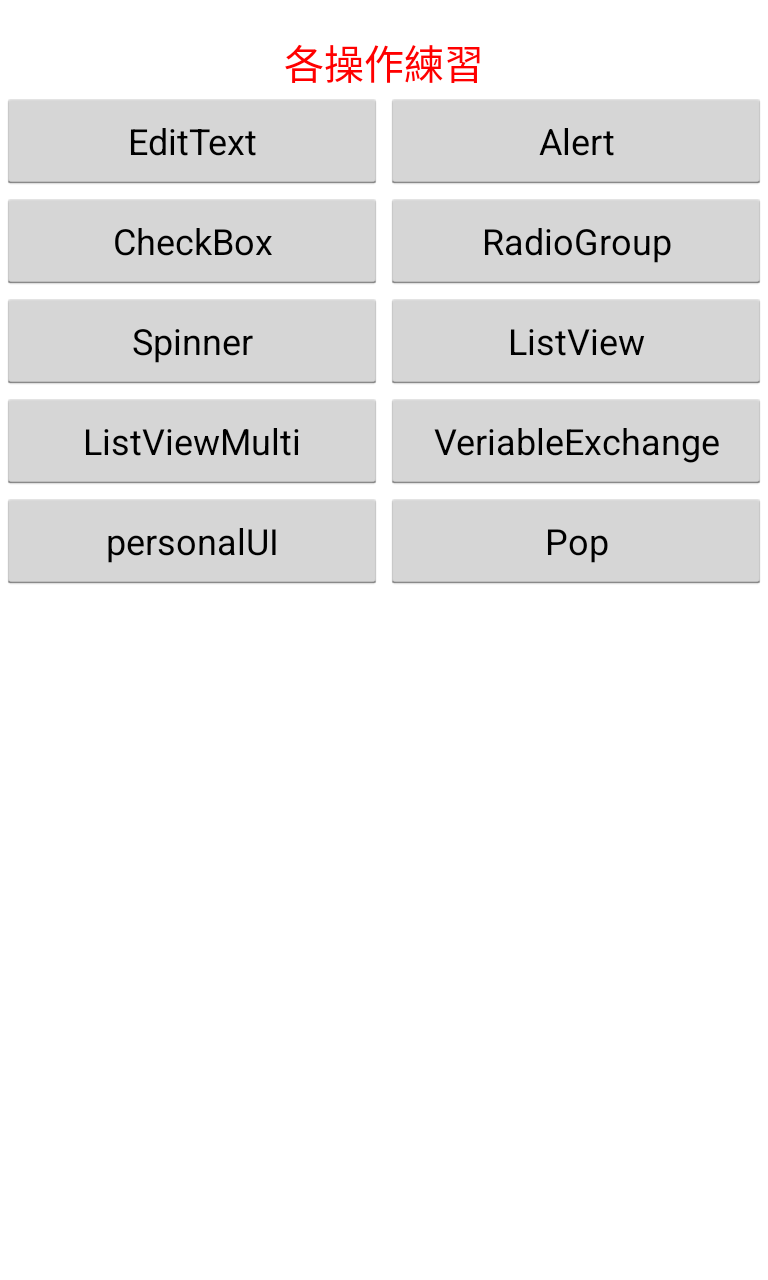
Repository: NTUSTCMAPP/cmapp
Layout: Test/Test/res/layout/activity_main.xml
The author's editor kept a copy of each file at every save. The layout is drawn from the files as they stood at one save, then again after the next save.
It is drawn on a 768 x 1280 px phone screen (xhdpi) without system bars, with theme AppTheme; the app's code is not run. The app's manifest (not shown) leaves right-to-left support off. So textAlignment, textDirection and layoutDirection are ignored, and left and right values win over start and end ones.

Above is the layout before, as saved 2015-04-23 16:06:44.

### Test/Test/res/layout/activity_main.xml
<RelativeLayout xmlns:android="http://schemas.android.com/apk/res/android"
    xmlns:tools="http://schemas.android.com/tools"
    android:layout_width="match_parent"
    android:layout_height="match_parent"
    android:layout_margin="0dp"
    android:paddingBottom="@dimen/activity_vertical_margin"
    android:paddingLeft="@dimen/activity_horizontal_margin"
    android:paddingRight="@dimen/activity_horizontal_margin"
    android:paddingTop="@dimen/activity_vertical_margin"
    tools:context="com.cmapp.test.MainActivity" >

	<TextView
	    android:id="@+id/Title"
	    android:text="@string/Title"
	    android:layout_width="wrap_content"
	    android:layout_height="wrap_content"
	    android:layout_centerHorizontal="true"
	    android:textSize="20sp"
	    android:textColor="#FF0000">
	</TextView>

	<LinearLayout
	    android:id="@+id/LL1"
	    android:layout_width="fill_parent"
	    android:layout_height="wrap_content"
	    android:orientation="horizontal"
	    android:layout_below="@+id/Title"
	    android:weightSum="2">

	<Button android:id="@+id/editText"
	    android:layout_height="50dp"
	    android:layout_width="0dp"
	    android:layout_weight="1"
	    android:text="EditText"
	    />
	<Button android:id="@+id/Alert"
	    android:layout_height="50dp"
	    android:layout_width="0dp"
	    android:layout_weight="1"
	    android:layout_below="@+id/Title"
	    android:layout_toRightOf="@+id/editText"
	    android:text="Alert"
	    />
	</LinearLayout>
	<LinearLayout
	     android:id="@+id/LL2"
	    android:layout_width="fill_parent"
	    android:layout_height="wrap_content"
	    android:orientation="horizontal"
	    android:layout_below="@+id/LL1"
	    android:weightSum="2">

	<Button android:id="@+id/CheckBox"
	    android:layout_height="50dp"
	    android:layout_width="0dp"
	    android:layout_weight="1"
	    android:text="CheckBox"
	    />
	<Button android:id="@+id/RadioGroup"
	    android:layout_height="50dp"
	    android:layout_width="0dp"
	    android:layout_weight="1"

	    android:layout_toRightOf="@+id/editText"
	    android:text="RadioGroup"
	    />
	</LinearLayout>
	<LinearLayout
	     android:id="@+id/LL3"
	    android:layout_width="fill_parent"
	    android:layout_height="wrap_content"
	    android:orientation="horizontal"
	    android:layout_below="@+id/LL2"
	    android:weightSum="2">

	<Button android:id="@+id/Spinner"
	    android:layout_height="50dp"
	    android:layout_width="0dp"
	    android:layout_weight="1"
	    android:text="Spinner"
	    />
	<Button android:id="@+id/ListView"
	    android:layout_height="50dp"
	    android:layout_width="0dp"
	    android:layout_weight="1"
	    android:layout_toRightOf="@+id/Spinner"
	    android:text="ListView"
	    />
	</LinearLayout>
	<LinearLayout
	     android:id="@+id/LL4"
	    android:layout_width="fill_parent"
	    android:layout_height="wrap_content"
	    android:orientation="horizontal"
	    android:layout_below="@+id/LL3"
	    android:weightSum="2">

	<Button android:id="@+id/ListViewMulti"
	    android:layout_height="50dp"
	    android:layout_width="0dp"
	    android:layout_weight="1"
	    android:text="ListViewMulti"
	    />
	<Button android:id="@+id/VeriableExchange"
	    android:layout_height="50dp"
	    android:layout_width="0dp"
	    android:layout_weight="1"
	    android:layout_toRightOf="@+id/ListViewMulti"
	    android:text="VeriableExchange"
	    />
	</LinearLayout>
	<LinearLayout
	     android:id="@+id/LL5"
	    android:layout_width="fill_parent"
	    android:layout_height="wrap_content"
	    android:orientation="horizontal"
	    android:layout_below="@+id/LL4"
	    android:weightSum="2">

	<Button android:id="@+id/personalUI"
	    android:layout_height="50dp"
	    android:layout_width="0dp"
	    android:layout_weight="1"
	    android:text="personalUI"
	    />
	<Button android:id="@+id/pop"
	    android:layout_height="50dp"
	    android:layout_width="0dp"
	    android:layout_weight="1"
	    android:layout_toRightOf="@+id/personalUI"
	    android:text="Pop"
	    />
	</LinearLayout>
</RelativeLayout>

### Test/Test/res/values/dimens.xml
<resources>

    <!-- Default screen margins, per the Android Design guidelines. -->
    <dimen name="activity_horizontal_margin">0dp</dimen>
    <dimen name="activity_vertical_margin">16dp</dimen>

</resources>

### Test/Test/res/values/strings.xml
<?xml version="1.0" encoding="utf-8"?>
<resources>

    <string name="app_name">Test</string>
    <string name="hello_world">Hello world!</string>
    <string name="action_settings">Settings</string>
	<string name="Title">各操作練習</string>
    <string-array name="spinnerSelect">
        <item>A</item>
        <item>B</item>
        <item>C</item>
        <item>D</item>
    </string-array>
</resources>

Loaded but not shown: Test/Test/res/values/styles.xml (common file); Test/Test/res/values-v11/styles.xml (common file); Test/Test/res/values-v14/styles.xml (common file); Test/Test/res/values-w820dp/dimens.xml (common file)

After the next save:
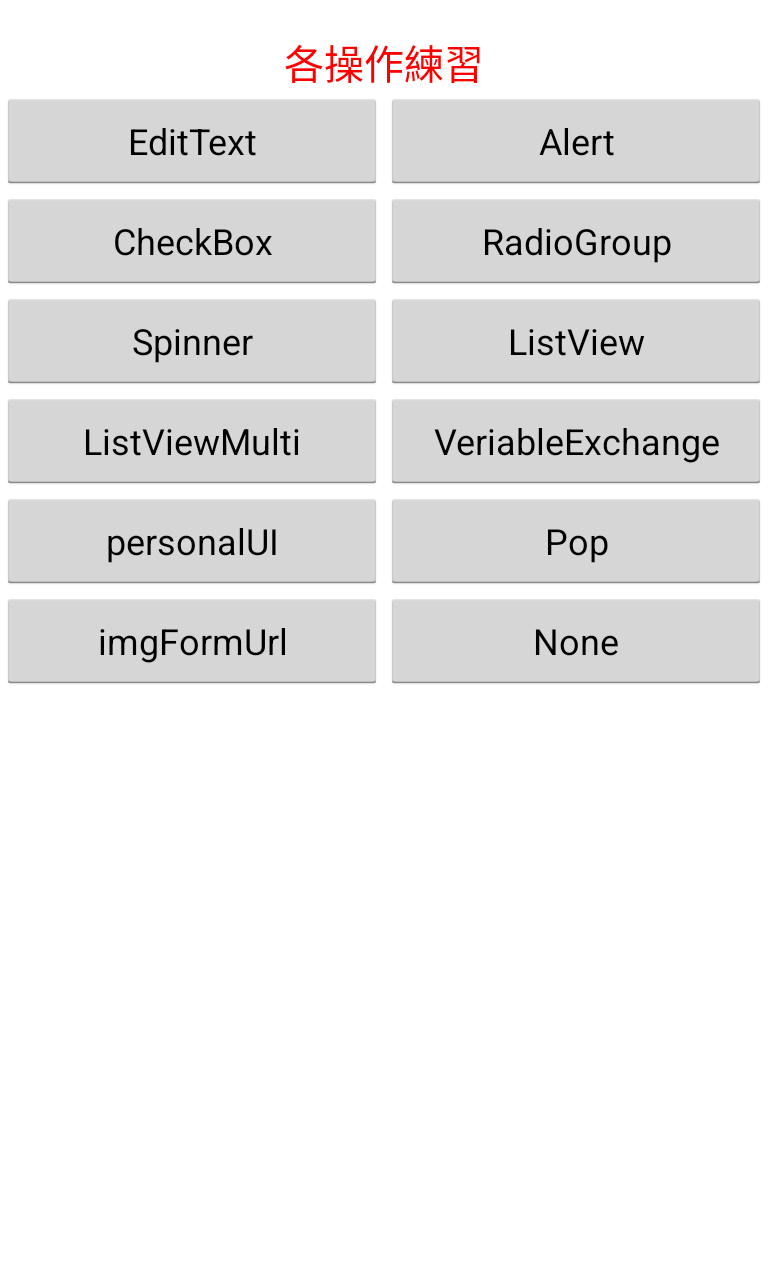
Saved 9 h 38 min later.
--- a/Test/Test/res/layout/activity_main.xml
+++ b/Test/Test/res/layout/activity_main.xml
@@ -65,49 +65,35 @@
 	    android:text="RadioGroup"
 	    />
 	</LinearLayout>
+
 	<LinearLayout
-	     android:id="@+id/LL3"
+	    android:id="@+id/LL4"
 	    android:layout_width="fill_parent"
 	    android:layout_height="wrap_content"
+	    android:layout_below="@+id/LL3"
+	    android:layout_margin="0dp"
 	    android:orientation="horizontal"
-	    android:layout_below="@+id/LL2"
-	    android:weightSum="2">
+	    android:padding="0dp"
+	    android:weightSum="2" >
 
-	<Button android:id="@+id/Spinner"
+	<Button
+	    android:id="@+id/ListViewMulti"
+	    android:layout_width="0dp"
 	    android:layout_height="50dp"
+	    android:layout_margin="0dp"
+	    android:layout_weight="1"
+	    android:minHeight="48dp"
+	    android:text="ListViewMulti" />
+
+	<Button
+	    android:id="@+id/VeriableExchange"
 	    android:layout_width="0dp"
+	    android:layout_height="50dp"
+	    android:layout_margin="0dp"
+	    android:layout_toRightOf="@+id/ListViewMulti"
 	    android:layout_weight="1"
-	    android:text="Spinner"
-	    />
-	<Button android:id="@+id/ListView"
-	    android:layout_height="50dp"
-	    android:layout_width="0dp"
-	    android:layout_weight="1"
-	    android:layout_toRightOf="@+id/Spinner"
-	    android:text="ListView"
-	    />
-	</LinearLayout>
-	<LinearLayout
-	     android:id="@+id/LL4"
-	    android:layout_width="fill_parent"
-	    android:layout_height="wrap_content"
-	    android:orientation="horizontal"
-	    android:layout_below="@+id/LL3"
-	    android:weightSum="2">
+	    android:text="VeriableExchange" />
 
-	<Button android:id="@+id/ListViewMulti"
-	    android:layout_height="50dp"
-	    android:layout_width="0dp"
-	    android:layout_weight="1"
-	    android:text="ListViewMulti"
-	    />
-	<Button android:id="@+id/VeriableExchange"
-	    android:layout_height="50dp"
-	    android:layout_width="0dp"
-	    android:layout_weight="1"
-	    android:layout_toRightOf="@+id/ListViewMulti"
-	    android:text="VeriableExchange"
-	    />
 	</LinearLayout>
 	<LinearLayout
 	     android:id="@+id/LL5"
@@ -131,4 +117,62 @@
 	    android:text="Pop"
 	    />
 	</LinearLayout>
+
+	<LinearLayout
+	    android:id="@+id/LL3"
+	    android:layout_width="fill_parent"
+	    android:layout_height="wrap_content"
+	    android:layout_alignParentLeft="true"
+	    android:layout_below="@+id/LL2"
+	    android:layout_margin="0dp"
+	    android:layout_marginBottom="0dp"
+	    android:layout_marginStart="0dp"
+	    android:layout_marginTop="0dp"
+	    android:orientation="horizontal"
+	    android:weightSum="2" >
+
+	    <Button
+	        android:id="@+id/Spinner"
+	        android:layout_width="0dp"
+	        android:layout_height="50dp"
+	        android:layout_weight="1"
+	        android:text="Spinner" />
+
+	    <Button
+	        android:id="@+id/ListView"
+	        android:layout_width="0dp"
+	        android:layout_height="50dp"
+	        android:layout_toRightOf="@+id/Spinner"
+	        android:layout_weight="1"
+	        android:text="ListView" />
+	</LinearLayout>
+	<LinearLayout
+	    android:id="@+id/LL6"
+	    android:layout_width="fill_parent"
+	    android:layout_height="wrap_content"
+	    android:layout_alignParentLeft="true"
+	    android:layout_below="@+id/LL5"
+	    android:layout_margin="0dp"
+	    android:layout_marginBottom="0dp"
+	    android:layout_marginStart="0dp"
+	    android:layout_marginTop="0dp"
+	    android:orientation="horizontal"
+	    android:weightSum="2" >
+
+	    <Button
+	        android:id="@+id/imgFormUrl"
+	        android:layout_width="0dp"
+	        android:layout_height="50dp"
+	        android:layout_weight="1"
+	        android:text="imgFormUrl" />
+
+	    <Button
+	        android:id="@+id/None"
+	        android:layout_width="0dp"
+	        android:layout_height="50dp"
+	        android:layout_toRightOf="@+id/imgFormUrl"
+	        android:layout_weight="1"
+	        android:text="None" />
+	</LinearLayout>
+
 </RelativeLayout>
